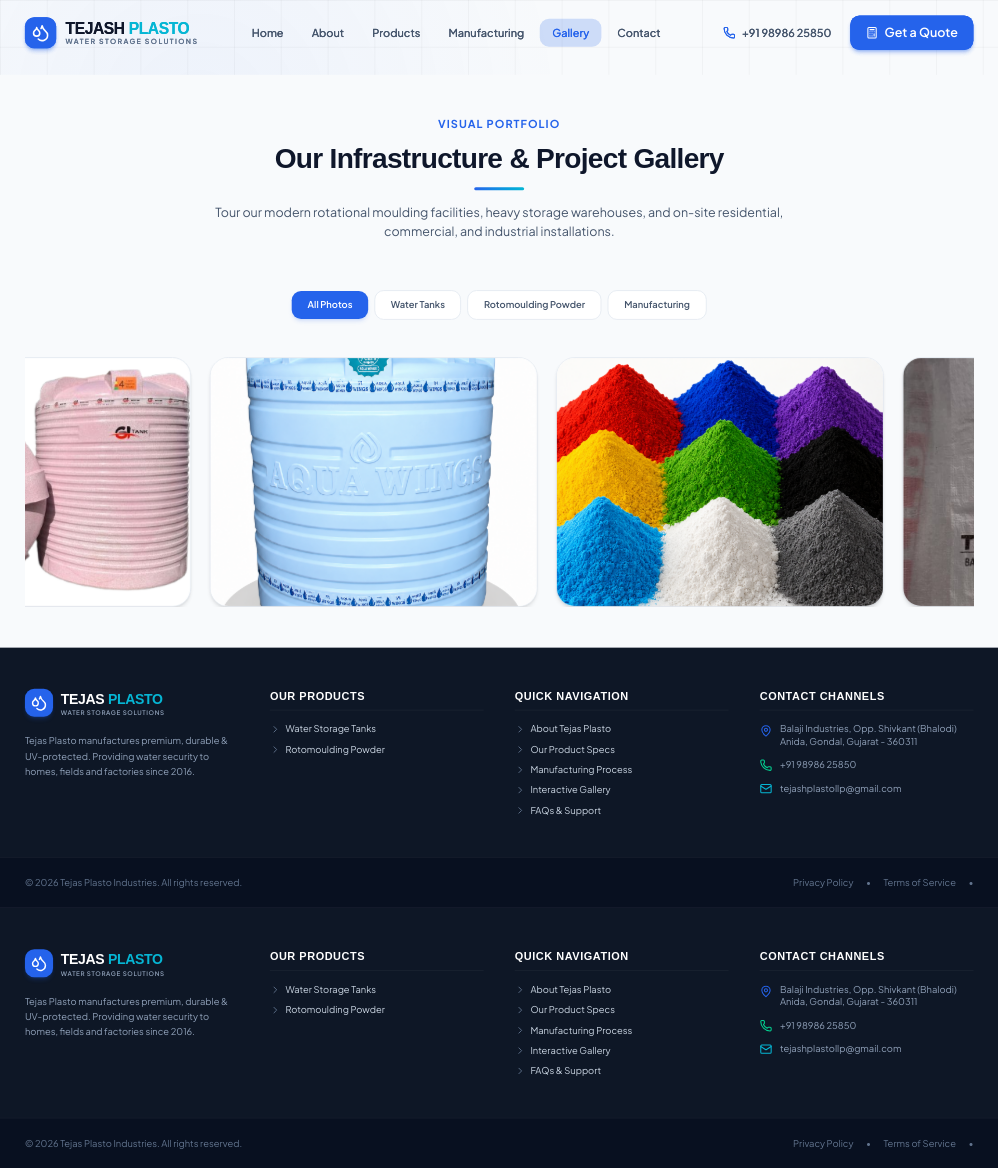
Repository: NikunjRajpara/TejasPlasto
Page: /gallery
These files come from the project's save history. The page is drawn as it stood at one moment and after the next save; the edit follows.
The browser window is 1280 px wide. The pictures show the whole page, at 78% of full size.
The project was rebuilt for these pictures with package versions that can differ from the ones it lists, and the page was loaded fresh each time. Also part of the build but not shown: vite.config.js, src/components/Hero.jsx, src/components/CompanyOverview.jsx, src/components/ProductCategories.jsx, src/components/WhyChooseUs.jsx, src/components/ManufacturingProcess.jsx, src/components/Testimonials.jsx, src/components/FAQ.jsx and 6 more.

Above is the page before, as saved 2026-07-09 15:41:17.

After the next save:
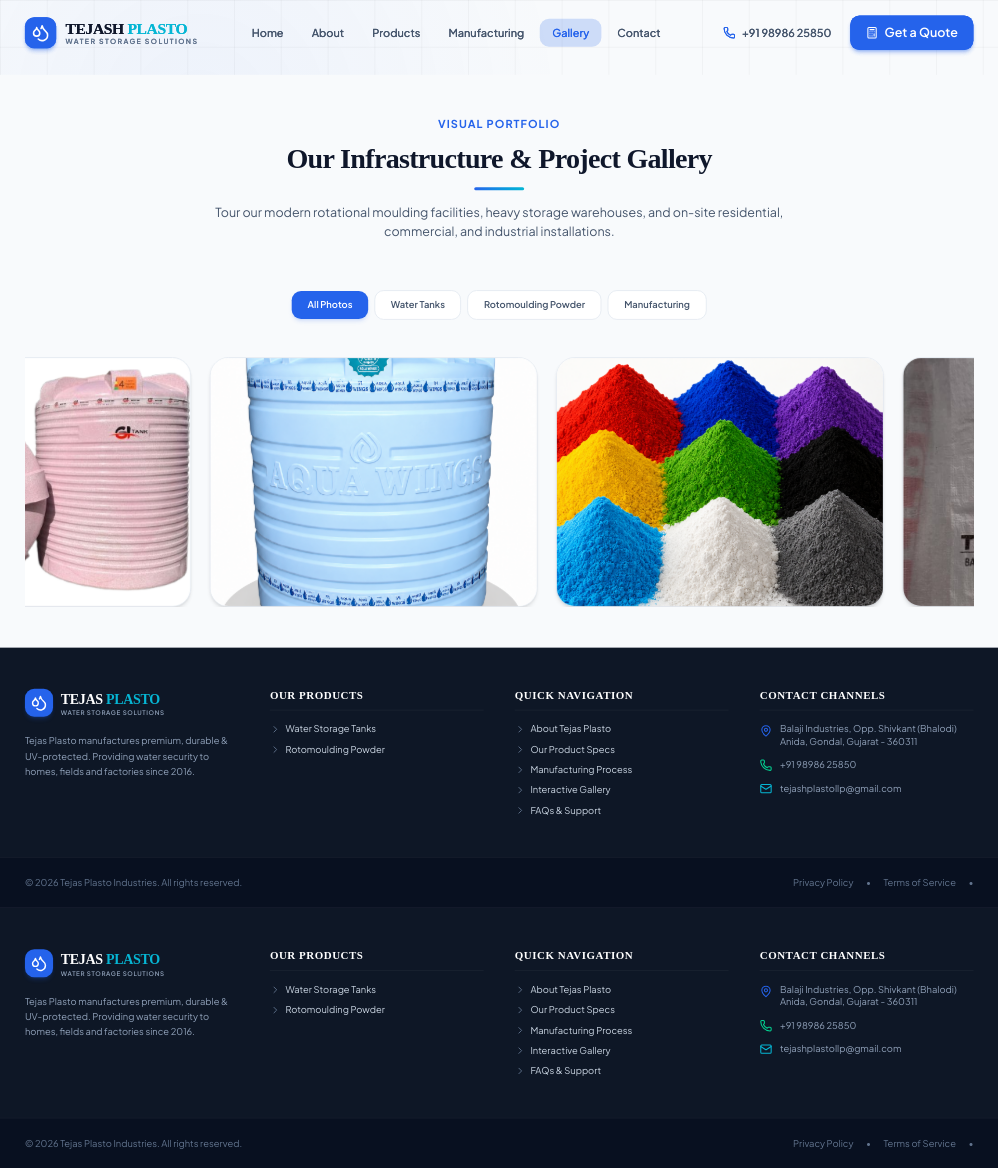
Saved 26 s later.
--- a/src/index.css
+++ b/src/index.css
@@ -3,7 +3,7 @@
 
 @theme {
 	--font-sans: "Plus Jakarta Sans", sans-serif;
-	--font-display: "Comic Sans MS", sans-serif;
+	--font-display: "Comic Sans MS", cursive;
 
 	--color-primary: #2563EB;
 	--color-secondary: #06B6D4;

After the save that followed:
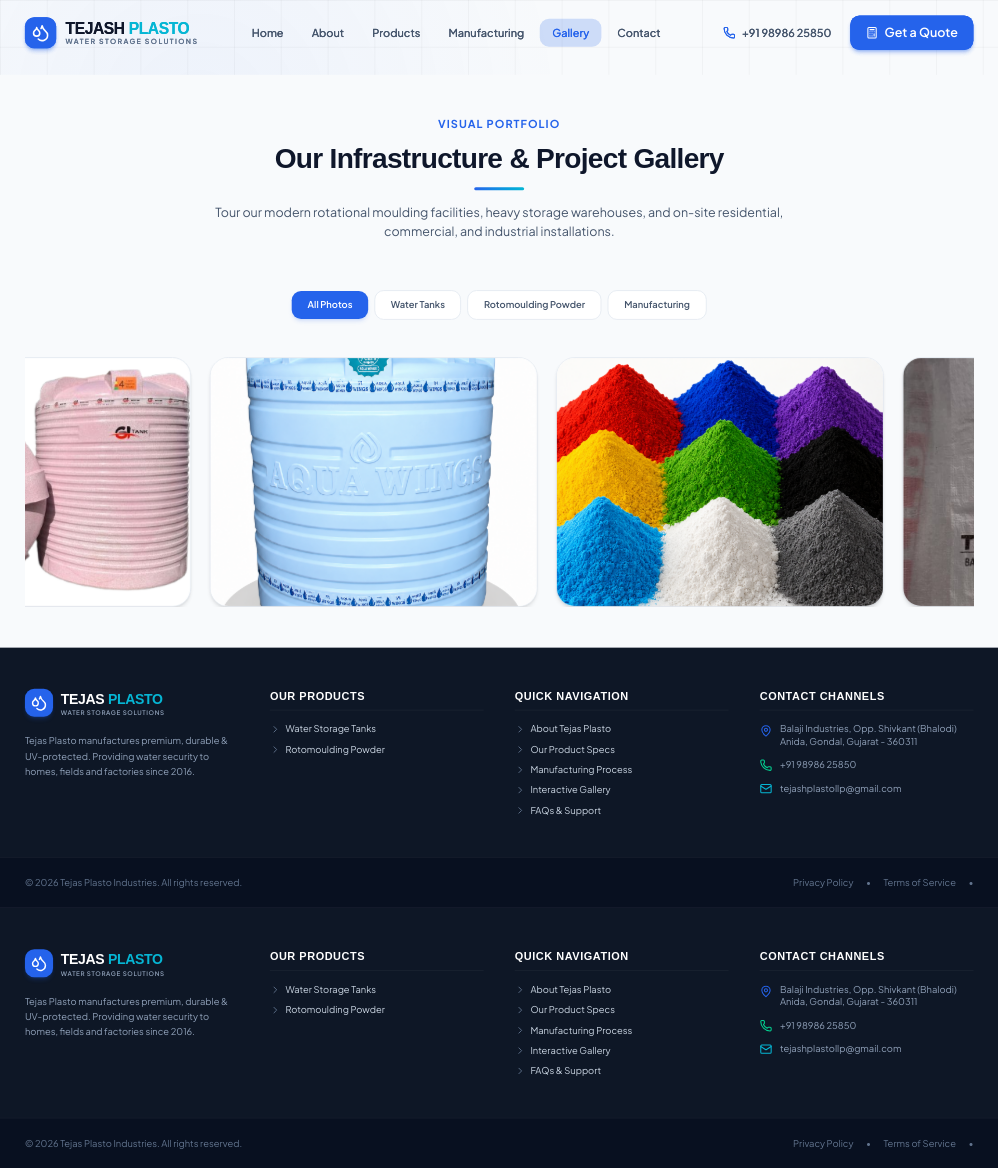
Saved 98 s later.
--- a/src/index.css
+++ b/src/index.css
@@ -3,7 +3,7 @@
 
 @theme {
 	--font-sans: "Plus Jakarta Sans", sans-serif;
-	--font-display: "Comic Sans MS", cursive;
+	--font-display: "poppins", sans-serif;
 
 	--color-primary: #2563EB;
 	--color-secondary: #06B6D4;
